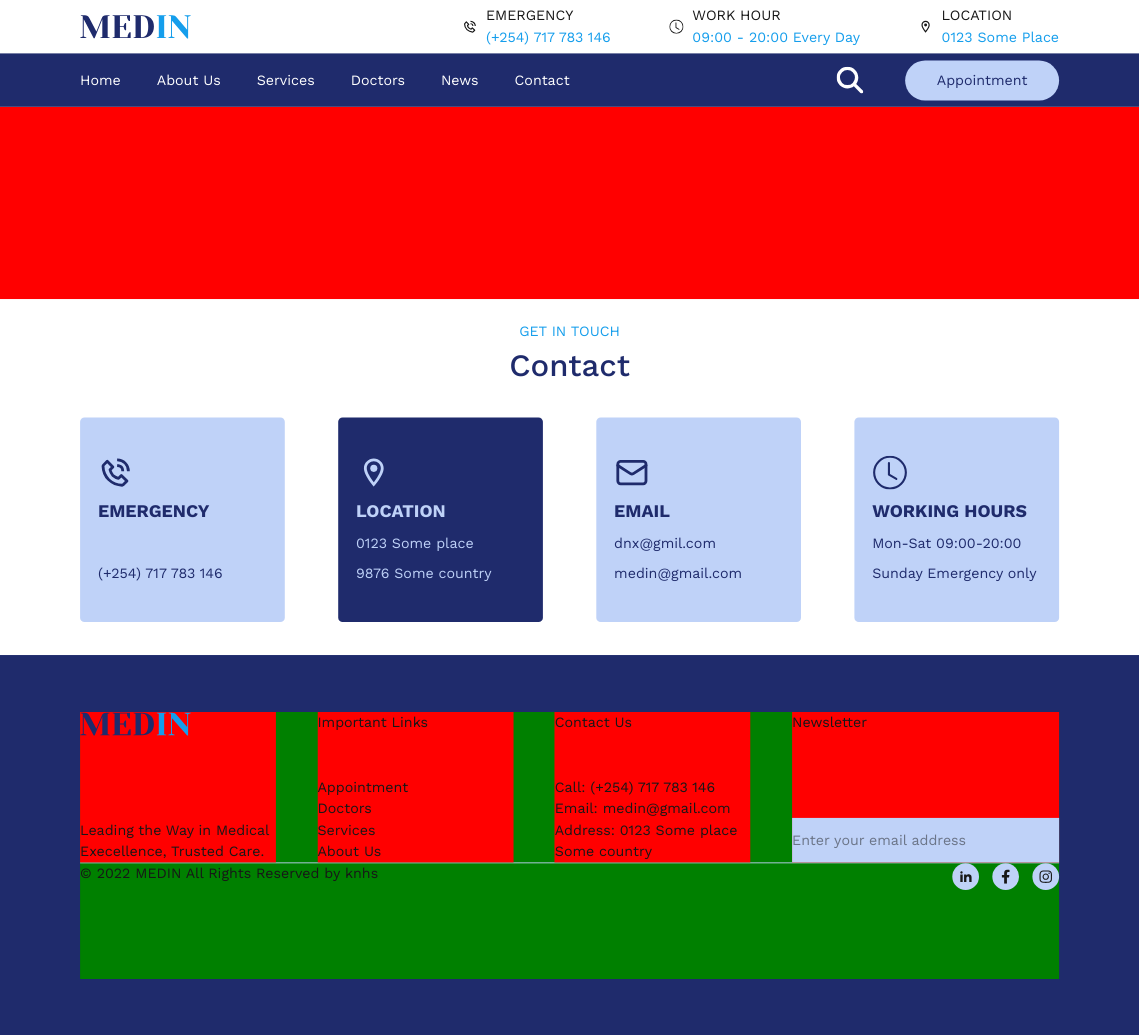
Repository: SynHK3/Poc_Hospital
Page: /appointment (app in fe_hospital/)
An editor plug-in stored every save of this project. The page is shown before and after the next save, followed by the edit.
The browser window is 1280 px wide. The pictures show the whole page, at 89% of full size.
The project was rebuilt for these pictures with package versions that can differ from the ones it lists, and the page was loaded fresh each time. The framework's server and built-in components were replaced by stand-ins that run in the browser. Also part of the build but not shown: fe_hospital/next.config.ts.

Above is the page before, as saved 2025-09-02 16:58:06.

After the next save:
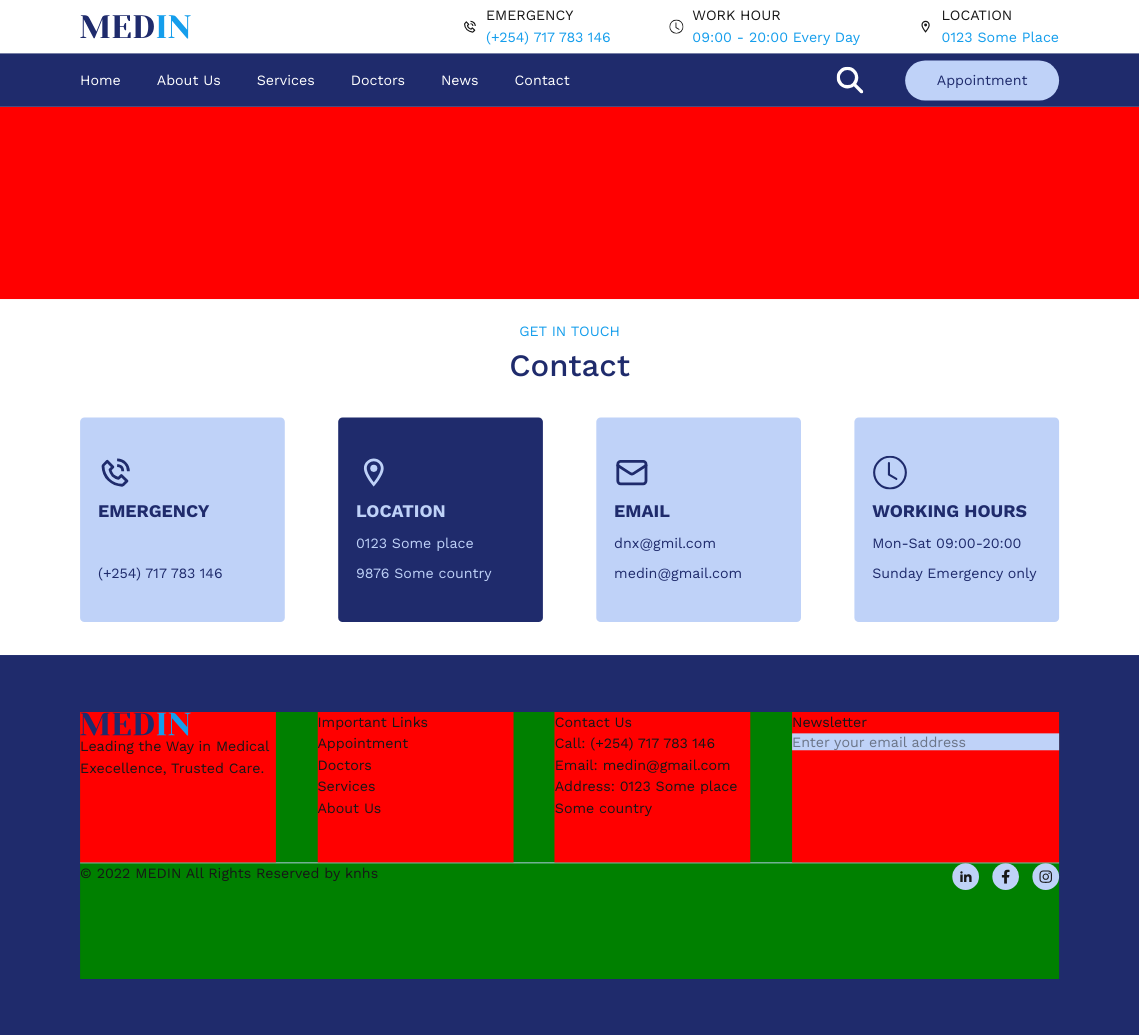
Saved 12 s later.
--- a/fe_hospital/src/components/footer/footer.css
+++ b/fe_hospital/src/components/footer/footer.css
@@ -27,7 +27,7 @@
 }
 
 .list__footer--item > li > div {
-  height: 169px;
+  height: 30px;
   display: flex;
   flex-direction: column;
   justify-content: space-between;

After the 2 saves that followed:
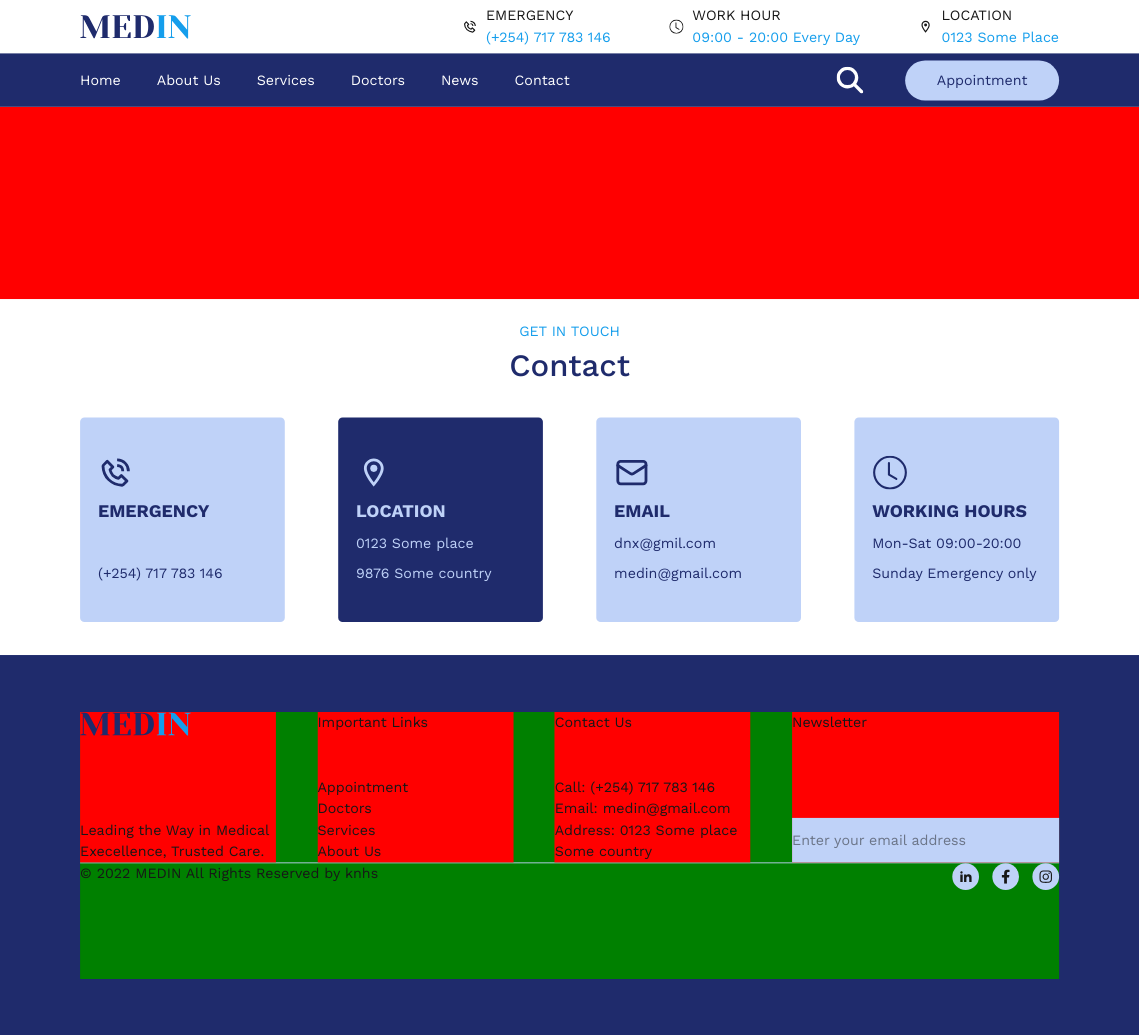
The 2 saves are shown as one change because they came seconds apart.
The last was saved 16 s later.
--- a/fe_hospital/src/components/footer/footer.css
+++ b/fe_hospital/src/components/footer/footer.css
@@ -27,7 +27,7 @@
 }
 
 .list__footer--item > li > div {
-  height: 30px;
+  height: 169px;
   display: flex;
   flex-direction: column;
   justify-content: space-between;
